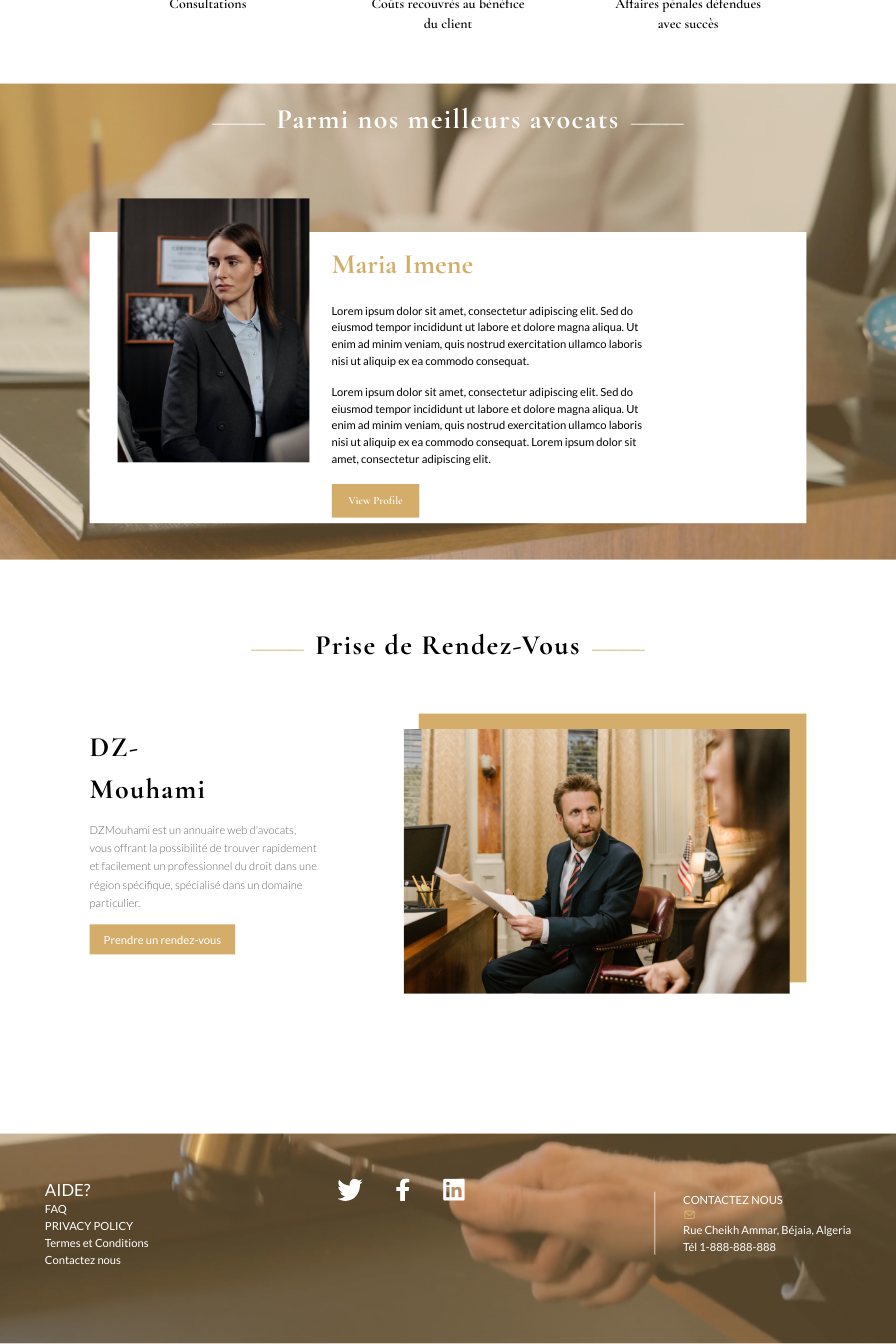
Repository: Chekrouba-Tinhinane/Mohami_dz
Page: / (app in client/)
An editor plug-in stored every save of this project. The page is shown before and after the next save, followed by the edit.
The browser window is 1280 px wide. The pictures show the part of the page from y = 2348 to 4268 px (the page is 4268 px tall), at 70% of full size.
The project was rebuilt for these pictures with package versions that can differ from the ones it lists, and the page was loaded fresh each time. Also part of the build but not shown: client/vite.config.js, client/src/SignIn.jsx, client/src/components/Selector.jsx, client/src/components/SearchContainer.jsx, client/src/Search.jsx, client/src/components/super/HomeLayout.jsx, client/src/components/Profile.jsx.

Above is the page before, as saved 2024-01-25 18:14:34.

### client/index.html
<!doctype html>
<html lang="en">
  <head>
    <meta charset="UTF-8" />
    <link rel="icon" type="image/svg+xml" href="/vite.svg" />
    <meta name="viewport" content="width=device-width, initial-scale=1.0" />
    <title>Mouhami DZ</title>
  </head>
  <body>
    <div id="root"></div>
    <script type="module" src="/src/App.jsx"></script>
  </body>
</html>

### client/src/App.jsx
import React from "react";
import { createRoot } from "react-dom/client";
import { BrowserRouter, Routes, Route } from "react-router-dom";
import "./index.css";
import LandingPage from "./LandingPage";
import SignIn from "./SignIn";
import Search from "./Search";
import HomeLayout from "./components/super/HomeLayout";
import Profile from "./components/Profile";

const App = () => {
  return (
    <BrowserRouter>
      <Routes>
        <Route path={"/"} element={<LandingPage />} />

        <Route path={"/Signin"} element={<SignIn />} />
        <Route
          path={"/Search"}
          element={<HomeLayout pageComponent={<Search />} />}
        />
        {/* <Route path={"/Signin"} element={<SignIn />} />
        <Route
          path={"/Schedule"}
          element={<HomeLayout pageComponent={<Schedule />} />}
        />

        <Route
          path={"/Settings"}
          element={<HomeLayout pageComponent={<Staff />} />}
        />
        <Route
          path={"/profile/:id"}
          element={<HomeLayout pageComponent={<Profile />} />}
        /> */}
        <Route
          path={"/profile"}
          element={<HomeLayout pageComponent={<Profile />} />}
        />
      </Routes>
    </BrowserRouter>
  );
};

export default App;

const root = createRoot(document.getElementById("root"));
root.render(<App />);

### client/src/index.css
@import url("https://fonts.googleapis.com/css2?family=Cormorant+Garamond:wght@300;400;500;600;700&family=Lato:wght@100;300;400;700;900&display=swap");

@tailwind base;
@tailwind components;
@tailwind utilities;

@layer base {
  a {
    @apply cursor-pointer;
  }
  h1 {
    @apply text-[50px] font-bold;
  }
  h2 {
    @apply text-[2.5rem] font-bold;
  }
  p {
  }
  h3 {
  }
  h4 {
    @apply text-[1rem] font-semibold;
  }
  textarea {
  }
  input {
  }
  select {
  }
}

* {
  /*font-family: 'Cormorant Garamond', serif; */
  font-family: "Lato", sans-serif;
  box-sizing: border-box;
  padding: 0;
  margin: 0;
}

.recursive {
  font-family: "Cormorant Garamond", serif;
}

.nav-item::after {
  content: "";
  display: block;
  width: 0;
  height: 2px;
  margin-top: 5px;
  background-color: rgb(212, 173, 107);
  transition: width 0.4s;
}

.nav-item:hover::after {
  width: 100%;
}

### client/src/LandingPage.jsx
import React, { useEffect } from "react";

import header from "./assets/landing/header.jpg";
import hero from "./assets/landing/hero.png";
import section1 from "./assets/landing/section1.jpg";
import section2 from "./assets/landing/section2.jpg";
import footer from "./assets/landing/footer.jpg";
import maria from "./assets/landing/maria.jpg";
import scene from "./assets/landing/scene.png";

import msg from "./assets/icons/contact/msg.svg";

import twitter from "./assets/icons/footer/twitter.svg";
import fb from "./assets/icons/footer/fb.svg";
import linkedin from "./assets/icons/footer/linkedin.svg";

import NavBar from "./components/super/NavBar";

import AOS from "aos";
import "aos/dist/aos.css";

AOS.init();

const LandingPage = () => {
  useEffect(() => {
    AOS.refresh();
  }, []);

  return (
    <div className="overflow-hidden flex flex-col relative mx-auto items-center bg-white z-10">
      <header className=" p-3 recursive border-b border-b-primary w-[90%] text-center font-semibold text-xl">
        {" "}
        DZ Mouhami{" "}
      </header>
      <NavBar />
      <Header />
      <About />
      <Feedback />

      <Achievements />
      <Hero />
      <Appoint />
      <Footer />
    </div>
  );
};

export default LandingPage;

function Header() {
  return (
    <section
      id="header"
      className=" relative flex w-screen justify-center my-3"
    >
      <img src={header} className="w-full h-[600px] object-cover" alt="" />
      <h2 className=" recursive absolute bottom-[7%] left-[10%] text-white w-[60%]">
        "Legal Solutions, Trusted Advocacy: Your Path to Justice Begins with
        Us."
      </h2>
    </section>
  );
}

function About() {
  return (
    <section
      id="about"
      data-aos="fade-right"
      data-aos-duration="1000"
      className="mx-3 my-10 flex gap-[6rem] justify-center items-center"
    >
      {/* fifth section */}
      <div className=" flex flex-col w-[40%] ">
        <h2 className=" recursive w-[40%] place-self-end">
          A propos de DZ Mouhami
        </h2>
        <img src={hero} className="" alt="" />
      </div>

      <div className=" basis-[40%] mb-16 ">
        {" "}
        {/*  */}
        <h2 className=" recursive tracking-wider w-[50%] my-4">DZ-Mouhami</h2>
        <p className=" w-[80%] opacity-60 font-light leading-relaxed mb-7">
          DZMouhami est un annuaire web d'avocats, vous offrant la possibilité
          de trouver rapidement et facilement un professionnel du droit dans une
          région spécifique, spécialisé dans un domaine particulier.
        </p>
        <a
          href=""
          className=" py-2 px-5 text-white bg-primary hover:bg-opacity-65"
        >
          Trouver un avocat
        </a>
      </div>
    </section>
  );
}

function Feedback() {
  const userComments = [
    {
      username: "User123",
      comment:
        "Effortlessly found the right lawyer for my needs – the detailed profiles and client reviews streamlined the decision-making process.",
    },
    {
      username: "LegalEagle",
      comment:
        "Incredibly user-friendly directory; comprehensive lawyer profiles and responsive design made my search for legal representation hassle-free.",
    },
    {
      username: "LawSeeker",
      comment:
        "Highly impressed with the intuitive interface and wealth of information – this directory simplified the task of finding a skilled attorney.",
    },
  ];

  // You can now use the userComments array as needed in your code.

  return (
    <section
      id="feedback"
      className=" relative flex w-screen justify-center my-4"
    >
      <img
        src={section1}
        className="w-full h-[640px] bg-center object-cover"
        alt=""
      />
      <div className="absolute top-0 text-white">
        <div className=" flex flex-col items-center">
          <div className="flex items-center my-5 gap-4">
            <span className=" font-semibold select-none">____________</span>
            <h2 className=" recursive  tracking-wider ">
              Nos Témoignages
            </h2>{" "}
            <span className=" font-semibold select-none">____________</span>
          </div>

          <h2 className=" mt-16 mb-8 recursive w-[85%] text-center">
            CE QUE NOS CLIENTS PENSENT DE NOUS
          </h2>
          <div className=" flex gap-10 w-[75%] ">
            {userComments.map((el, i) => {
              return (
                <div className=" flex flex-col justify-between bg-white p-6 rounded-md text-black text-sm h-56 ">
                  {el.comment}
                  <div className=" flex gap-5 items-center">
                    {" "}
                    <div class="w-14 h-14 bg-gray-500 rounded-full"></div>
                    {el.username}
                  </div>
                </div>
              );
            })}
          </div>
        </div>
      </div>
    </section>
  );
}

function Achievements() {
  return (
    <div className=" flex flex-col w-[80%] items-center mx-auto my-10 gap-8 ">
      <div className="flex items-center my-5 gap-4">
        <span className=" font-semibold select-none text-primary">
          ____________
        </span>
        <h2 className=" recursive tracking-wider">Nos Réalisations</h2>{" "}
        <span className=" font-semibold select-none text-primary">
          ____________
        </span>
      </div>

      <div className="flex w-full justify-between  ">
        <div className="flex flex-col items-center basis-[33%] gap-4">
          {" "}
          <h4 className=" recursive text-primary text-3xl font-bold">
            879+
          </h4>{" "}
          <span className=" w-[70%] text-center recursive font-semibold text-xl">
            Consultations
          </span>
        </div>
        <div className="flex flex-col items-center basis-[33%] gap-4">
          {" "}
          <h4 className=" recursive text-primary text-3xl font-bold">
            12 Mil
          </h4>{" "}
          <span className=" w-[70%] text-center recursive font-semibold text-xl">
            Coûts recouvrés au bénéfice du client
          </span>
        </div>
        <div className="flex flex-col items-center basis-[33%] gap-4">
          {" "}
          <h4 className=" recursive text-primary text-3xl font-bold">
            92%
          </h4>{" "}
          <span className=" w-[70%] text-center recursive font-semibold text-xl">
            Affaires pénales défendues avec succès
          </span>
        </div>
      </div>
    </div>
  );
}

function Hero() {
  return (
    <section id="hero" className=" relative flex w-screen justify-center my-8 ">
      <img
        src={section2}
        className="w-full h-[680px] bg-center object-cover"
        alt=""
      />
      <div className="absolute top-0 text-white">
        <div className=" flex flex-col items-center gap-[6rem]">
          <div className="flex items-center my-5 gap-4">
            <span className=" font-semibold select-none">____________</span>
            <h2 className=" recursive  tracking-wider ">
              Parmi nos meilleurs avocats
            </h2>{" "}
            <span className=" font-semibold select-none">____________</span>
          </div>

          <div className=" flex gap-8 w-[80%] bg-white text-black h-[26rem] px-10 my-4 ">
            <div className="relative basis-[30%]">
              {" "}
              <img
                src={maria}
                alt=""
                className=" absolute -top-12  object-contain"
              />
            </div>
            <div className=" flex flex-col basis-[70%] my-4 gap-6  ">
              {" "}
              <h2 className=" recursive text-primary">Maria Imene</h2>{" "}
              <p className=" w-[70%] flex flex-col gap-5 ">
                <span>
                  Lorem ipsum dolor sit amet, consectetur adipiscing elit. Sed
                  do eiusmod tempor incididunt ut labore et dolore magna aliqua.
                  Ut enim ad minim veniam, quis nostrud exercitation ullamco
                  laboris nisi ut aliquip ex ea commodo consequat.{" "}
                </span>

                <span>
                  Lorem ipsum dolor sit amet, consectetur adipiscing elit. Sed
                  do eiusmod tempor incididunt ut labore et dolore magna aliqua.
                  Ut enim ad minim veniam, quis nostrud exercitation ullamco
                  laboris nisi ut aliquip ex ea commodo consequat. Lorem ipsum
                  dolor sit amet, consectetur adipiscing elit.
                </span>
              </p>
              <a
                href=""
                className="flex w-max recursive text-white bg-primary px-6 py-3 font-semibold hover:bg-opacity-75"
              >
                View Profile
              </a>
            </div>
          </div>
        </div>
      </div>
    </section>
  );
}

function Footer() {
  return (
    <footer
      id="footer"
      className="h-[300px] relative flex w-full justify-center mt-[10rem] text-white"
    >
      <img src={footer} alt="" className="w-full object-cover" />
      {/* sixth section */}
      <div className="absolute w-full flex justify-center pt-[4rem]">
        <div className="flex items-center justify-between px-16 max-w-[86rem] w-full">
          <div className="flex flex-col">
            <h3 className=" text-2xl">AIDE?</h3>
            <ul className="flex flex-col">
              <li>FAQ</li>
              <li>PRIVACY POLICY</li>
              <li>Termes et Conditions</li>
              <li>Contactez nous</li>
            </ul>



          </div>

          <div className="flex place-self-start gap-[3rem]">
            <img src={twitter} alt="" />
            <img src={fb} alt="" />
            <img src={linkedin} alt="" />
          </div>

          <div className="border-l border-l-white pl-10 flex flex-col">
            <p>
              CONTACTEZ NOUS
              <span>
                <img src={msg} alt="" />
              </span>
            </p>
            <p>Rue Cheikh Ammar, Béjaia, Algeria</p>
            <p>Tél 1-888-888-888</p>
          </div>
        </div>
      </div>
    </footer>
  );
}

function Appoint() {
  return (
    <section
      id="appoint"
      className=" flex flex-col w-full justify-center items-center gap-[3rem] my-10"
    >
      <div className=" flex flex-col items-center">
        <div className="flex items-center my-5 gap-4">
          <span className=" font-semibold select-none text-primary">
            ____________
          </span>
          <h2 className=" recursive  tracking-wider ">Prise de Rendez-Vous</h2>{" "}
          <span className=" font-semibold select-none text-primary">
            ____________
          </span>
        </div>
      </div>

      <div className=" flex w-[80%] items-center justify-between ">
        <div className=" basis-[40%] mb-16 ">
          {" "}
          {/*  */}
          <h2 className=" recursive tracking-wider w-[50%] my-4">DZ-Mouhami</h2>
          <p className=" w-[80%] opacity-60 font-light leading-relaxed mb-7">
            DZMouhami est un annuaire web d'avocats, vous offrant la possibilité
            de trouver rapidement et facilement un professionnel du droit dans
            une région spécifique, spécialisé dans un domaine particulier.
          </p>
          <a
            href=""
            className=" py-3 px-5 text-white bg-primary hover:bg-opacity-65"
          >
            Prendre un rendez-vous{" "}
          </a>
        </div>

        <img src={scene} className="" alt="" />
      </div>
    </section>
  );
}

### client/src/components/super/NavBar.jsx
import { motion } from "framer-motion";
import { Link } from "react-router-dom";
import { Link as ScrollLink } from "react-scroll";

const NavBar = () => {
  return (
    <div
      whileHover={{ scale: 1, originX: 0, color: "#D4AD6B" }}
      transition={{ type: "tween", duration: 0.2 }}
      className=" flex items-center px-20 pt-6 mb-3 w-full justify-between "
    >
      <motion.ul className="flex gap-[2rem] text-sm">
        <motion.li
          whileHover={{ scale: 1, originX: 0, color: "#D4AD6B" }}
          transition={{ type: "tween", duration: 0.2 }}
          className=" font-semibold opacity-80 tracking-wider cursor-pointer"
        >
          <ScrollLink
            to={"about"}
            spy={true}
            smooth={true}
            offset={-50}
            duration={500}
            className="nav-item"
          >
            Accueil
          </ScrollLink>
        </motion.li>
        <motion.li
          whileHover={{ scale: 1, originX: 0, color: "#D4AD6B" }}
          transition={{ type: "tween", duration: 0.2 }}
          className=" font-semibold opacity-80 tracking-wider cursor-pointer"
        >
          <ScrollLink
            to="hero"
            spy={true}
            smooth={true}
            offset={0}
            duration={500}
            className="nav-item"
          >
            Trouver un avocat
          </ScrollLink>
        </motion.li>
        <motion.li
          whileHover={{ scale: 1, originX: 0, color: "#D4AD6B" }}
          transition={{ type: "tween", duration: 0.2 }}
          className=" font-semibold opacity-80 tracking-wider cursor-pointer"
        >
          <ScrollLink
            to="appoint"
            spy={true}
            smooth={true}
            offset={50}
            duration={500}
            className="nav-item"
          >
            Prendre un rendez-vous
          </ScrollLink>
        </motion.li>
        <motion.li
          whileHover={{ scale: 1, originX: 0, color: "#D4AD6B" }}
          transition={{ type: "tween", duration: 0.2 }}
          className=" font-semibold opacity-80 tracking-wider cursor-pointer"
        >
          <ScrollLink
            to="footer"
            spy={true}
            smooth={true}
            offset={-100}
            duration={500}
            className="nav-item"
          >
            Contactez nous
          </ScrollLink>
        </motion.li>
      </motion.ul>
      <div className="flex gap-[1rem]">
        <Link
          to={"/SignIn"}
          href=""
          className=" recursive flex items-center font-semibold text-primary border border-primary bg-white text-center text-lg py-1.5 px-3.5 hover:bg-opacity-70 "
        >
          Se connecter
        </Link>
      </div>
    </div>
  );
};

export default NavBar;

### client/tailwind.config.js
/** @type {import('tailwindcss').Config} */
module.exports = {
  content: ["./src/**/*.{js,jsx,ts,tsx}"],
  theme: {
    extend: {
      colors: {
        lightBrown: "#FAF5EE",
        primary: "#D4AD6B"
      },
    },
  },
  plugins: [],
};

After the next save:
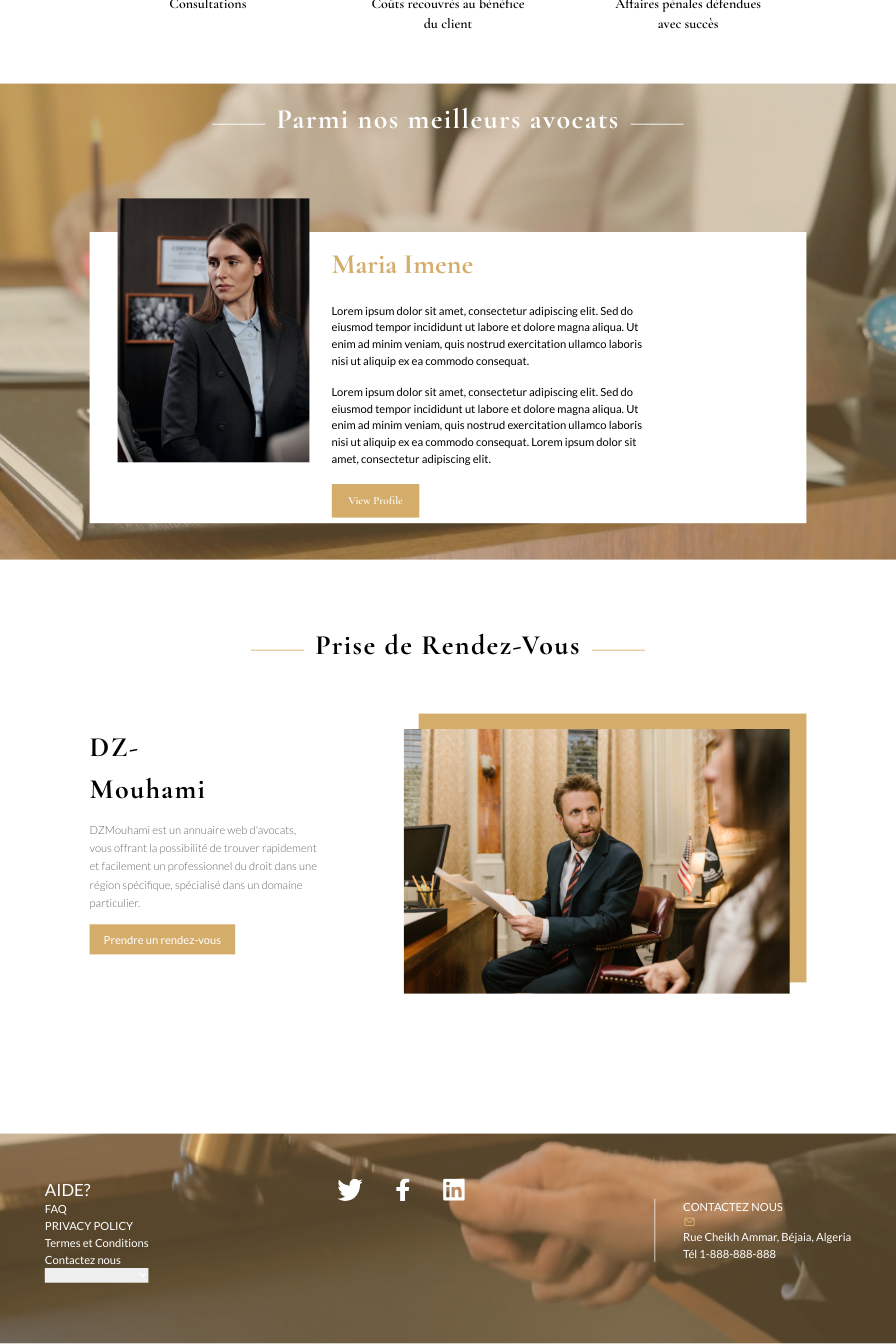
Saved 4 s later.
--- a/client/src/LandingPage.jsx
+++ b/client/src/LandingPage.jsx
@@ -287,7 +287,7 @@ function Footer() {
               <li>Contactez nous</li>
             </ul>
 
-
+            <select name="" id=""></select>
 
           </div>
 
